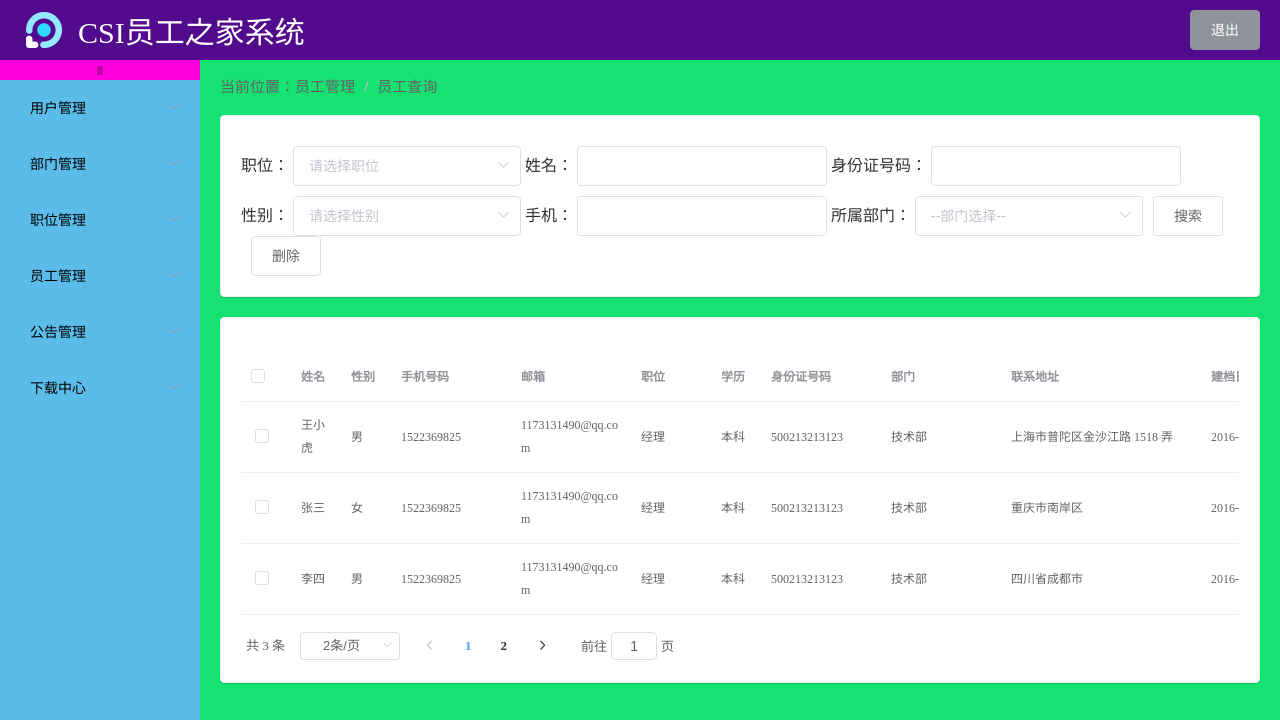
Repository: yuanquan-art/vue-cli
Page: /#/employee
The author's editor kept a copy of each file at every save. The page is drawn from the files as they stood at one save, then again after the next save.
The browser window is 1280 px wide. The pictures show the whole page.
The project was rebuilt for these pictures with package versions that can differ from the ones it lists, and the page was loaded fresh each time. Also part of the build but not shown: vue.config.js, src/components/Login.vue, src/components/Face/Face.vue, src/components/user.vue, src/components/showAddUser.vue, src/components/showAddDept.vue, src/components/showUpdateDept.vue, src/components/showAddJob.vue and 9 more. Imported but missing from the stored project, and not drawn on this page: src/components/showUpdateUser.vue.

Above is the page before, as saved 2020-10-17 09:54:40.

### src/main.js
import Vue from 'vue'
import App from './App.vue'
import router from './router'
import store from './store'
import './plugins/element.js'
import './assets/css/global.css'

import axios from 'axios'
// 配置请求的根路径
// axios.defaults.baseURL = 'http://95659512372a.ngrok.io/csi_employee_home_webui/'
// 通过axios 请求拦截器添加token,保证拥有获取数据的权限
axios.interceptors.request.use (config => {
  //为请求头对象，添加Token验证的Authorization字段
  config.headers.Authorization = window.sessionStorage.getItem('token')
  return config
})
Vue.prototype.$http = axios

Vue.config.productionTip = false

new Vue({
  router,
  store,
  render: h => h(App)
}).$mount('#app')

### src/App.vue
<template>
  <div id="app">
     <!-- 路由占位符 -->
     <router-view></router-view>
  </div>
</template>

<script>

export default {

}
</script>

<style lang="less" scoped>

</style>

### src/router/index.js
import Vue from 'vue'
import VueRouter from 'vue-router'
import Login from "../components/Login.vue"
import Face from "../components/Face/Face.vue"
import Home from "../components/Home.vue"
import Users from '../components/user.vue'
import UpdateUser from '../components/showUpdateUser.vue'
import AddUser from '../components/showAddUser.vue'
import AddDept from '../components/showAddDept.vue'
import UpdateDept from '../components/showUpdateDept.vue'
import AddJob from '../components/showAddJob.vue'
import UpdateJob from '../components/showUpdateJob.vue'
import EmployeeQuery from "../components/Employee/EmployeeQuery.vue";
import ShowAddEmployee from "../components/Employee/ShowAddEmployee.vue";
import ShowUpdateEmployee from "../components/Employee/ShowUpdateEmployee.vue";
import Notice from "../components/Notice/Notice.vue";
import UpdateNotice from "../components/Notice/ShowUpdateNotice.vue";
import AddNotice from "../components/Notice/ShowAddNotice.vue";
import Document from "../components/Document/Document.vue";
import UpdateDocument from "../components/Document/ShowUpdateDocument.vue";
import AddDocument from "../components/Document/ShowAddDocument.vue";

Vue.use(VueRouter);

const routes = [
  { path: "/", redirect: "/login" },
  {
    path: '/login',component: Login
  },
  {
    path: '/home',
    component: Home,
    children: [
  {
    path: '/face',component: Face
  },
  {
    path: "/employee",
    component: EmployeeQuery,
  },
  {
    path: "/addEmployee",
    component: ShowAddEmployee,
  },
  {
    path: "/updateEmployee",
    component: ShowUpdateEmployee,
  },
  {
    path: "/notice",
    component: Notice,
  },
  {
    path: "/updateNotice",
    component: UpdateNotice,
  },
  {
    path: "/addNotice",
    component: AddNotice,
  },
  {
    path: "/document",
    component: Document,
  },
  {
    path: "/updateDocument",
    component: UpdateDocument,
  },
  {
    path: "/addDocument",
    component: AddDocument,
  },
  { path: '/users', component: Users },
      { path: '/updateuser', component: UpdateUser },
      { path: '/adduser', component: AddUser },
      { path: '/adddept', component: AddDept },
      { path: '/updatedept', component: UpdateDept },
      { path: '/updatejob', component: UpdateJob },
      { path: '/addjob', component: AddJob }
]
  }
];

const router = new VueRouter({
  routes,
});

export default router;

### src/plugins/element.js
import Vue from 'vue'
import {
    Button,
    Breadcrumb,
    BreadcrumbItem,
    Card,
    Select,
    Option,
    Input,
    Row,
    Table,
    TableColumn,
    Pagination,
    Form,
    FormItem,
    Container,
    Header,
    Aside,
    Menu,
    Submenu,
    MenuItem,
    Main,
    Col
} from 'element-ui'


Vue.use(Button)
Vue.use(Breadcrumb)
Vue.use(BreadcrumbItem)
Vue.use(Card)
Vue.use(Select)
Vue.use(Option)
Vue.use(Input)
Vue.use(Row)
Vue.use(Table)
Vue.use(TableColumn)
Vue.use(Pagination)
Vue.use(Form)
Vue.use(FormItem)
Vue.use(Container)
Vue.use(Header)
Vue.use(Aside)
Vue.use(Menu)
Vue.use(Submenu)
Vue.use(MenuItem)
Vue.use(Main)
Vue.use(Col)

### src/assets/css/global.css
/* 全局样式表 */
html,
body,
#app {
    height: 100%;
    margin: 0;
    padding: 0;
}
.el-breadcrumb {
    margin-bottom: 15px;
    font-size: 15px;
}
.el-card {
    box-shadow: 0 1px 1px rgba(0, 0, 0, 0.15) !important;
}
.el-table {
    margin-bottom: 15px;
    font-size: 12px;
    margin-top: 15px;
}
.el-steps {
    margin: 15px 0;
}
.el-step__title {
    font-size: 13px;
}
.el-cascader-panel {
    height: 200px
}
.ql-editor {
    min-height: 300px;
 }
.area{
	margin-top: 20px;
	width: 500px;
	height: 300px;
}

### src/components/Home.vue
<template>
 <!-- 整个页面区域 -->
  <el-container>
      <!-- 页面标题 -->
  <el-header>
      <div>
          <img src="../assets/images/icon.png" alt="">
          <span>CSI员工之家系统</span>
      </div>
      <el-button type="info" @click="logout">退出</el-button>
  </el-header>
  <!-- 页面主体部分 -->
  <el-container>
    <el-aside :width="isCollapse? '64px' : '200px'">
        <div class="collapse" @click="toggleCollapse">|||</div>
        <!-- 侧边栏菜单区域 -->
       <el-menu
      background-color="rgb(91, 188, 233)"
      text-color="#000"
      active-text-color="#409bff"
      :unique-opened="true"
      :collapse="isCollapse"
      :collapse-transition="false"
      router
      :default-active="activePath">
      <!-- 一级菜单 -->
      <el-submenu :index="item.id+''" v-for="item in menulist" :key="item.id">
          <!-- 一级菜单模板区域 -->
        <template slot="title">
            <!-- 图标 -->
          <i :class="iconsObj[item.id]"></i>
             <!-- 文本 -->
          <span>{{ item.authName }}</span>
        </template>
        <!-- 二级菜单 -->
        <el-menu-item
        :index="'/'+subItem.path"
        v-for="subItem in item.children"
        :key='subItem.id'
        @click="savNavState('/'+subItem.path)">
            <template slot="title">
            <!-- 图标 -->
          <i class="el-icon-menu"></i>
             <!-- 文本 -->
          <span>{{ subItem.authName }}</span>
        </template>
        </el-menu-item>
      </el-submenu>
    </el-menu>
    </el-aside>
    <el-main>
        <router-view></router-view>
    </el-main>
  </el-container>
</el-container>

</template>

<script>
export default {
    data () {
        return {
            // 左侧菜单数据
            menulist: [
                {
            "id": 101,
            "authName": "用户管理",
            "path": '/home',
            "children": [
                {
                    "id": 104,
                    "authName": "用户查询",
                    "path": 'users',
                    "children": []
                },
                {
                    "id": 104,
                    "authName": "添加用户",
                    "path": 'adduser',
                    "children": []
                }
            ]
        },
         {
            "id": 102,
            "authName": "部门管理",
            "path": '/home',
            "children": [
                {
                    "id": 104,
                    "authName": "部门查询",
                    "path": 'updatedept',
                    "children": []
                },
                {
                    "id": 104,
                    "authName": "添加部门",
                    "path": 'adddept',
                    "children": []
                }
            ]
        },
         {
            "id": 103,
            "authName": "职位管理",
            "path": '/home',
            "children": [
                {
                    "id": 104,
                    "authName": "职位查询",
                    "path": 'updatejob',
                    "children": []
                },
                {
                    "id": 104,
                    "authName": "添加职位",
                    "path": 'addjob',
                    "children": []
                }
            ]
         },
          {
            "id": 104,
            "authName": "员工管理",
            "path": '/home',
            "children": [
                {
                    "id": 104,
                    "authName": "员工查询",
                    "path": 'employee',
                    "children": []
                },
                {
                    "id": 104,
                    "authName": "添加员工",
                    "path": 'addEmployee',
                    "children": []
                }
            ]
        },
         {
            "id": 105,
            "authName": "公告管理",
            "path": '/home',
            "children": [
                {
                    "id": 104,
                    "authName": "公告查询",
                    "path": 'notice',
                    "children": []
                },
                {
                    "id": 104,
                    "authName": "添加公告",
                    "path": 'addNotice',
                    "children": []
                }
            ]
        },
         {
            "id": 106,
            "authName": "下载中心",
            "path": '/home',
            "children": [
                {
                    "id": 104,
                    "authName": "文档查询",
                    "path": 'document',
                    "children": []
                },
                {
                    "id": 104,
                    "authName": "上传文档",
                    "path": 'addDocument',
                    "children": []
                }
            ]
        }
            ],
            // 自定义字体图标
            iconsObj: {
                '101': 'iconfont icon-shangpin',
                '102': 'iconfont icon-danju',
                 '103': 'iconfont icon-tijikongjian',
                '104': 'iconfont icon-user',
                '105': 'iconfont baobiao',
                '106': 'iconfont baobiao'
            },
            // 是否折叠
            isCollapse: false,
            // 被激活的链接
            activePath: ''
        }
    },
    created () {
       this.getMenuList();
       this.activePath = window.sessionStorage.getItem('activePath');
    },
    methods: {
        // 自定义方法
        logout () {
            // 清空token
            window.sessionStorage.clear();
            // 编程式导航重定向
            this.$router.push('/login');
        },
       // 点击按钮折叠菜单栏
       toggleCollapse () {
         this.isCollapse = ! this.isCollapse;
       },
       //保存导航链接的激活状态
       savNavState (activePath) {
          window.sessionStorage.setItem('activePath',activePath);
          this.activePath = activePath;
       }
    }
}
</script>

<style lang="less" scoped>
.el-container {
    height: 100%;
}
.el-header {
    background-color: rgb(82, 11, 141);
    display: flex;
    justify-content: space-between;
    align-items: center;
    > div {
        display: flex;
        align-items: center;
        color: #fff;
        font-size: 30px;
        span {
            padding-left: 10px;
        }
    }
}
.el-aside {
    background-color: rgb(91, 188, 233);
    .el-menu {
        border-right: 0;
    }
}
.el-main {
    background-color: rgb(22, 226, 114);
}
.iconfont {
    margin-right: 10px;
}
.collapse {
    height: 20px;
    background-color: rgb(255, 0, 221);
    text-align: center;
    line-height: 20px;
    font-size: 10px;
}
</style>

### src/components/Employee/EmployeeQuery.vue
<template>
  <div class="employee">
    <!-- 面包屑导航 -->
    <el-breadcrumb separator="/">
      <el-breadcrumb-item>当前位置：员工管理</el-breadcrumb-item>
      <el-breadcrumb-item><a href="/">员工查询</a></el-breadcrumb-item>
    </el-breadcrumb>
    <!-- 查询输入框 -->
    <el-card>
      <el-row>
        职位：
        <el-select v-model="value" placeholder="请选择职位">
          <el-option
            v-for="item in options"
            :key="item.value"
            :label="item.label"
            :value="item.value"
          >
          </el-option>
        </el-select>
        姓名：
        <el-input v-model="input"></el-input>
        身份证号码：
        <el-input v-model="input"></el-input>
      </el-row>
      <el-row>
        性别：
        <el-select v-model="value" placeholder="请选择性别">
          <el-option
            v-for="item in optionsSex"
            :key="item.value"
            :label="item.label"
            :value="item.value"
          >
          </el-option>
        </el-select>
        手机：
        <el-input v-model="input"></el-input>
        所属部门：
        <el-select v-model="value" placeholder="--部门选择--">
          <el-option
            v-for="item in optionsDoor"
            :key="item.value"
            :label="item.label"
            :value="item.value"
          >
          </el-option>
        </el-select>
        <el-button>搜索</el-button>
        <el-button>删除</el-button>
      </el-row>
    </el-card>
    <!-- Table表格 -->
    <el-card>
      <el-table
        ref="multipleTable"
        :data="tableData"
        tooltip-effect="dark"
        style="width: 100%"
        @selection-change="handleSelectionChange"
      >
        <el-table-column type="selection" width="50"> </el-table-column>
        <el-table-column prop="name" label="姓名" width="50">
          <template slot-scope="scope">{{ scope.row.name }}</template>
        </el-table-column>
        <el-table-column prop="sex" label="性别" width="50"> </el-table-column>
        <el-table-column prop="phone" label="手机号码" width="120">
        </el-table-column>
        <el-table-column prop="email" label="邮箱" width="120">
        </el-table-column>
        <el-table-column prop="job" label="职位" width="80"> </el-table-column>
        <el-table-column prop="education" label="学历" width="50">
        </el-table-column>
        <el-table-column prop="IdNumber" label="身份证号码" width="120">
        </el-table-column>
        <el-table-column prop="door" label="部门" width="120">
        </el-table-column>
        <el-table-column prop="address" label="联系地址" width="200">
        </el-table-column>
        <el-table-column prop="date" label="建档日期" width="120">
        </el-table-column>
        <el-table-column label="操作" width="50"> </el-table-column>
      </el-table>
      <!-- 分页 -->
       <el-pagination
        @size-change="handleSizeChange"
        @current-change="handleCurrentChange"
        :current-page="userInfo.pagenum"
        :page-sizes="[1, 2, 5, 10]"
        :page-size="userInfo.pagesize"
        layout="total, sizes, prev, pager, next, jumper"
        :total="3"
      >
      </el-pagination>
    </el-card>
  </div>
</template>

<script>
export default {
  data() {
    return {
      options: [
        {
          value: "选项1",
          label: "经理",
        },
        {
          value: "选项2",
          label: "职员",
        },
      ],
      optionsSex: [
        {
          value: "选项1",
          label: "男",
        },
        {
          value: "选项2",
          label: "女",
        },
      ],
      optionsDoor: [
        {
          value: "选项1",
          label: "技术部",
        },
        {
          value: "选项2",
          label: "运营部",
        },
      ],
      tableData: [
        {
          name: "王小虎",
          sex: "男",
          phone: "1522369825",
          email: "1173131490@qq.com",
          job: "经理",
          education: "本科",
          IdNumber: "500213213123",
          door: "技术部",
          address: "上海市普陀区金沙江路 1518 弄",
          date: "2016-12-03",
        },
        {
          name: "张三",
          sex: "女",
          phone: "1522369825",
          email: "1173131490@qq.com",
          job: "经理",
          education: "本科",
          IdNumber: "500213213123",
          door: "技术部",
          address: "重庆市南岸区",
          date: "2016-12-03",
        },
       {
          name: "李四",
          sex: "男",
          phone: "1522369825",
          email: "1173131490@qq.com",
          job: "经理",
          education: "本科",
          IdNumber: "500213213123",
          door: "技术部",
          address: "四川省成都市",
          date: "2016-12-03",
        },
      ],
      multipleSelection: [],
      // 默认用户信息
      userInfo: {
        query: "",
        pagenum: 1,
        pagesize: 2
      }
    };
  },
  methods: {
    toggleSelection(rows) {
      if (rows) {
        rows.forEach((row) => {
          this.$refs.multipleTable.toggleRowSelection(row);
        });
      } else {
        this.$refs.multipleTable.clearSelection();
      }
    },
    handleSelectionChange(val) {
      this.multipleSelection = val;
    },
    // 监听pagesize的变化
    handleSizeChange(newSize) {
      this.userInfo.pagesize = newSize;
      this.getUserList();
    },
    // 监听页码值的变化
    handleCurrentChange(newPage) {
      this.userInfo.pagenum = newPage;
      this.getUserList();
    }
  },
};
</script>

<style lang="less" scoped>
.el-card {
  margin-top: 20px;
}
.el-input {
  width: 250px;
}
.el-row {
  margin-top: 10px;
}
.el-button {
  margin-left: 10px;
}
.el-pagination{
  margin: 0 auto;
}
</style>

Loaded but not shown: public/index.html (common file); src/store/index.js (common file)

After the next save:
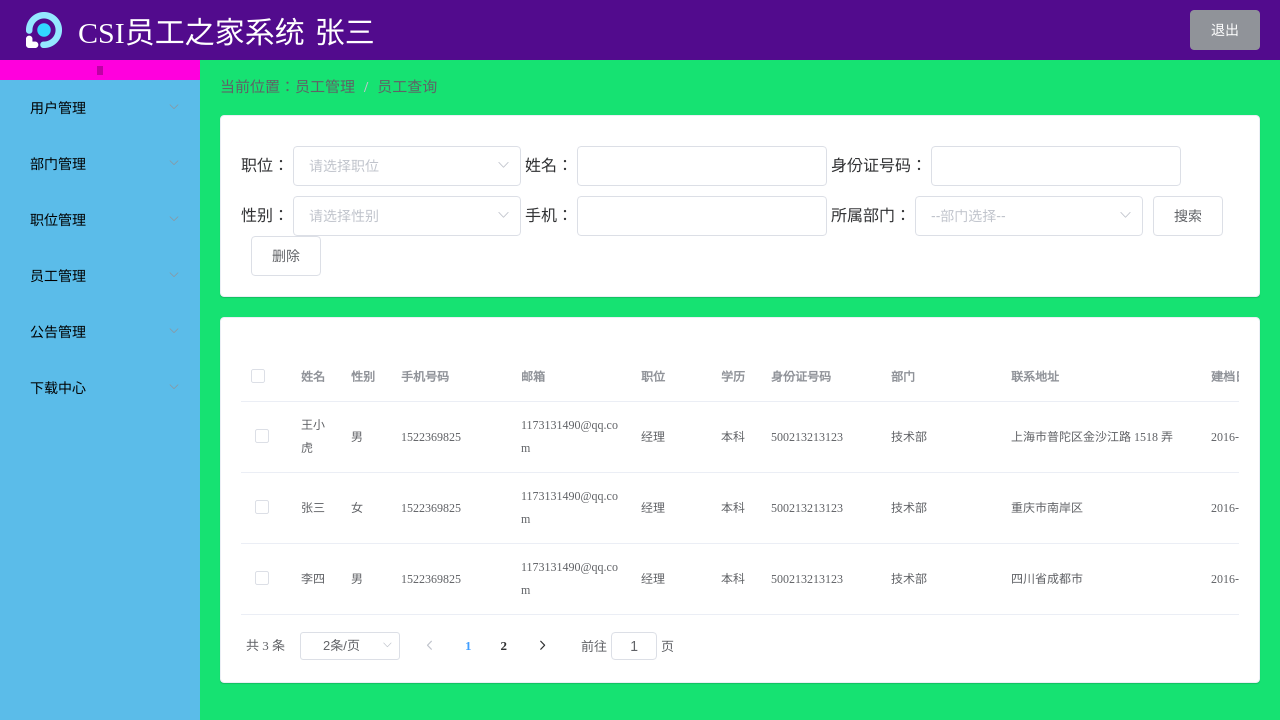
Saved 28 min 50 s later.
--- a/src/components/Home.vue
+++ b/src/components/Home.vue
@@ -6,6 +6,7 @@
       <div>
           <img src="../assets/images/icon.png" alt="">
           <span>CSI员工之家系统</span>
+          <span class="user">张三</span>
       </div>
       <el-button type="info" @click="logout">退出</el-button>
   </el-header>
@@ -255,4 +256,7 @@ export default {
     line-height: 20px;
     font-size: 10px;
 }
+.user{
+    margin: 0 auto;
+}
 </style>
